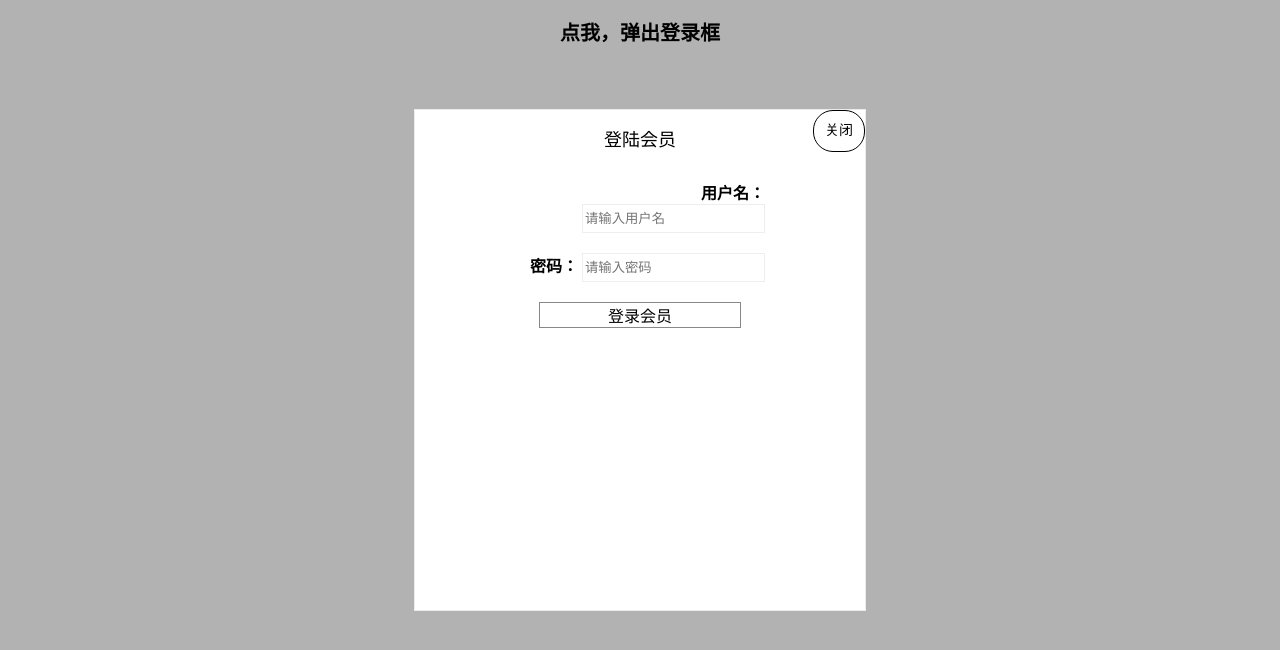
Repository: szl156/class
Page: review/javascript/test/test.html
These files come from the project's save history. The page is drawn as it stood at one moment and after the next save; the edit follows.
The browser window is 1280 px wide. The pictures show the whole page.

Above is the page before, as saved 2022-07-25 17:15:05.

### review/javascript/test/test.html
<!DOCTYPE html>
<html lang="en">

<head>
    <meta charset="UTF-8">
    <meta http-equiv="X-UA-Compatible" content="IE=edge">
    <meta name="viewport" content="width=device-width, initial-scale=1.0">
    <title>拟态框实现</title>
    <style>
        .login-header {
            text-align: center;
            height: 50px;
            line-height: 50px;
            font-size: 20px;
            font-weight: 800;
        }

        #link {
            text-decoration: none;
            color: black;
        }

        .login {
            position: fixed;
            border: #ebebeb solid 1px;
            width: 450px;
            height: 500px;
            background-color: white;
            left: 50%;
            top: 50%;
            transform: translate(-50%, -50%);
            z-index: 999;
        }

        .login-title {
            position: relative;
            width: 100%;
            margin: 10px 0 0 0;
            text-align: center;
            line-height: 40px;
            height: 40px;
            font-size: 18px;
        }

        span a {
            text-decoration: none;
            color: black;
            position: absolute;
            right: 0;
            top: -10px;
            display: block;
            width: 50px;
            border: black solid 1px;
            border-radius: 20px;
            font-size: 14px;
        }

        .login-input {
            text-align: right;
            margin: 20px 100px;
            font-weight: 800;
        }

        .login-input input {
            border: solid 1px #eeeeee;
            line-height: 25px;
            outline: none;
        }

        .login-button {
            position: fixed;
            left: 50%;
            transform: translate(-50%);
            text-align: center;
            width: 200px;
            border: 1px solid #888888;
        }

        .login-button a {
            text-decoration: none;
            color: black;
            font-weight: 400;
        }

        .login-bg {
            width: 100%;
            height: 100%;
            position: fixed;
            top: 0;
            left: 0;
            background-color: rgba(0, 0, 0, .3)
        }
    </style>
</head>

<body>
    <div class="login-header">
        <a href="javascript:;" id="link">点我，弹出登录框</a>
    </div>
    <div class="login" id="login">
        <div id="title" class="login-title">登陆会员
            <span><a href="javascript:;" id="closeBtn" class="close-login">关闭</a></span>
        </div>
        <div class="login-input-content">
            <div class="login-input">
                <label for="uname">用户名：</label>
                <input type="text" id="uname" name="info[username]" placeholder="请输入用户名">
            </div>
            <div class="login-input">
                <label>密码：</label>
                <input type="password" name="psw" id="psw" placeholder="请输入密码">
            </div>
            <div id="loginBtn" class="login-button"><a href="javascript:;">登录会员</a></div>
        </div>
    </div>
    <div class="login-bg" id="bg"></div>
    <script>
        let close_btn = document.querySelector('.close-login')
        let login = document.querySelector('.login')
        let bg = document.querySelector('.login-bg')
        let denglu = document.querySelector('#link')
        denglu.addEventListener('click', function() {
            login.style.display = 'block'
            bg.style.display = 'block'
        })
        close_btn.addEventListener('click', function() {
            login.style.display = 'none'
            bg.style.display = 'none'
        })
    </script>
</body>

</html>

After the next save:
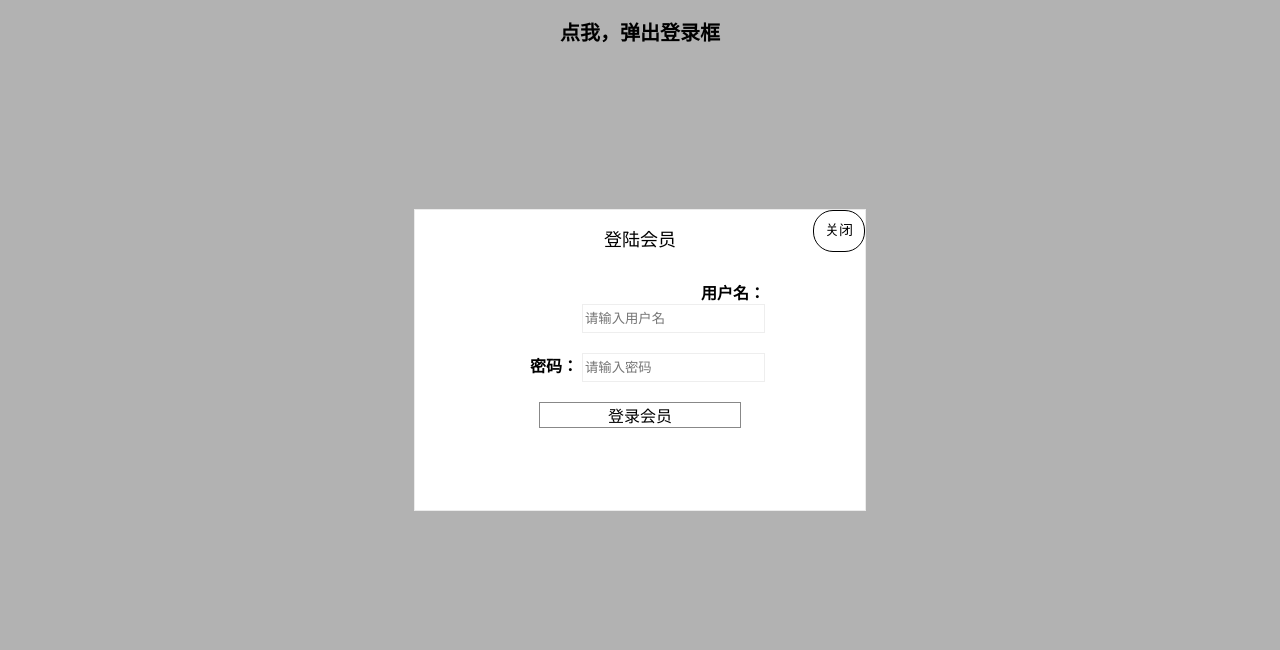
Saved 12 s later.
--- a/review/javascript/test/test.html
+++ b/review/javascript/test/test.html
@@ -24,7 +24,7 @@
             position: fixed;
             border: #ebebeb solid 1px;
             width: 450px;
-            height: 500px;
+            height: 300px;
             background-color: white;
             left: 50%;
             top: 50%;
